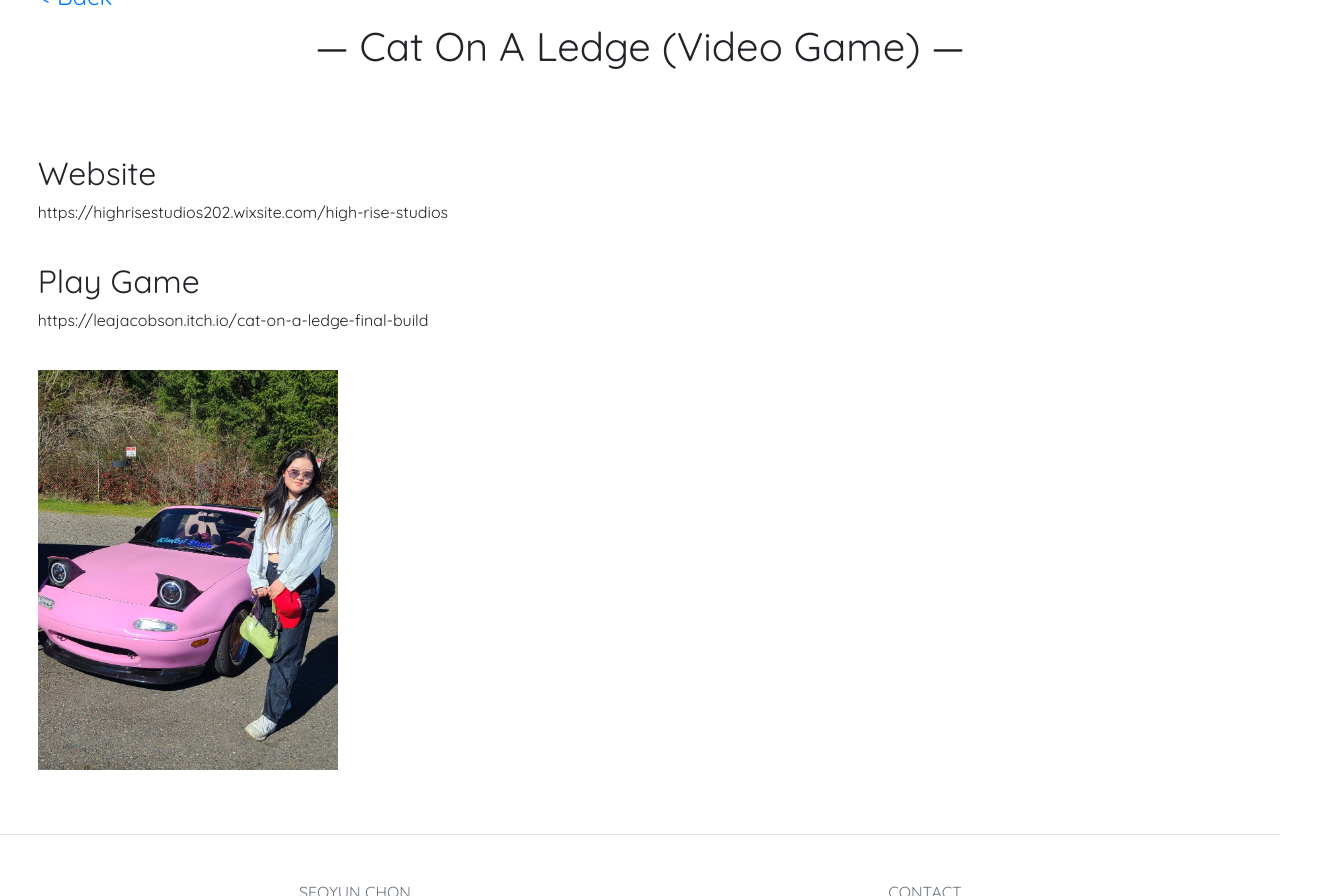
Repository: schon02/seoyun-chon-portfolio
Page: projects_catonaledge_page.html
The author's editor kept a copy of each file at every save. The page is drawn from the files as they stood at one save, then again after the next save.
The browser window is 1280 px wide. The page is 1338 px wide, so the pictures cover 1338 px, including what lies to the right of the window. The pictures show the part of the page from y = 776 to 1672 px (the page is 1887 px tall before and 1868 px after).

Above is the page before, as saved 2025-01-31 17:15:17.

### projects_catonaledge_page.html
<!DOCTYPE html>
<html>
    <head>
        <!-- <link href="style.css" rel="stylesheet" /> -->

        <!-- Required meta tags -->
        <meta charset="utf-8">
        <meta name="viewport" content="width=device-width, initial-scale=1, shrink-to-fit=no">

        <link href="https://fonts.googleapis.com/css?family=Quicksand:400,600,700&display=swap" rel="stylesheet">

        <link rel="stylesheet" href="fonts/icomoon/style.css">

        <link rel="stylesheet" href="css/owl.carousel.min.css">

        <!-- Bootstrap CSS -->
        <link rel="stylesheet" href="css/bootstrap.min.css">

        <!-- Style -->
        <link rel="stylesheet" href="css/style.css">

        <title>Home Page</title>

    </head>

    <body>
        <!-- <header>
            <nav>
                <ul>
                    <li><a class="active" href="index.html">Home</a></li>
                    <li><a href="services_page.html">Services</a></li>
                    <li><a href="contact_page.html">Contact</a></li>
                </ul>
            </nav>
        </header> -->

        <div class="site-mobile-menu site-navbar-target">
            <div class="site-mobile-menu-header">
              <div class="site-mobile-menu-close mt-3">
                <span class="icon-close2 js-menu-toggle"></span>
              </div>
            </div>
            <div class="site-mobile-menu-body"></div>
          </div> <!-- .site-mobile-menu -->

        <div class="site-navbar-wrap">
            <div class="site-navbar-top">
              <div class="container py-3">
                <div class="row align-items-center">
                  <div class="col-6">
                    <div class="d-flex mr-auto">
                      <a href="#" class="d-flex align-items-center mr-4">
                        <span class="icon-envelope mr-2"></span>
                        <span class="d-none d-md-inline-block">seoyunchon@gmail.com</span>
                      </a>
                      <!-- <a href="#" class="d-flex align-items-center mr-auto">
                        <span class="icon-phone mr-2"></span>
                        <span class="d-none d-md-inline-block">+1 234 4567 8910</span>
                      </a> -->
                    </div>
                  </div>
                  <div class="col-6 text-right">
                    <div class="mr-auto">
                      <!-- <a href="#" class="p-2 pl-0"><span class="icon-twitter"></span></a> -->
                      <!-- <a href="#" class="p-2 pl-0"><span class="icon-facebook"></span></a> -->
                      <a href="https://www.linkedin.com/in/seoyun-chon/" class="p-2 pl-0"><span class="icon-linkedin"></span></a>
                      <!-- <a href="#" class="p-2 pl-0"><span class="icon-instagram"></span></a> -->
                    </div>

                  </div>
                </div>
              </div>
            </div>

            <div class="site-navbar site-navbar-target js-sticky-header">
              <div class="container">
                <div class="row align-items-center">
                  <div class="col-2">
                    <h1 class="my-0 site-logo"><a href="index.html">Seoyun&nbsp;Chon</a></h1>
                  </div>
                  <div class="col-10">
                    <nav class="site-navigation text-right" role="navigation">
                      <div class="container">
                        <div class="d-inline-block d-lg-none ml-md-0 mr-auto py-3"><a href="#" class="site-menu-toggle js-menu-toggle text-white"><span class="icon-menu h3"></span></a></div>

                        <ul class="site-menu main-menu js-clone-nav d-none d-lg-block">
                          <li><a href="index.html" class="nav-link">Home</a></li>
                          <li class="active"><a href="projects_page.html" class="nav-link">Projects</a></li>
                          <li class="has-children">
                            <a href="#" class="nav-link">Pages</a>
                            <ul class="dropdown arrow-top">
                              <li><a href="#" class="nav-link">Team</a></li>
                              <li><a href="#" class="nav-link">Pricing</a></li>
                              <li><a href="#" class="nav-link">FAQ</a></li>
                              <li class="has-children">
                                <a href="#">More Links</a>
                                <ul class="dropdown">
                                  <li><a href="#">Menu One</a></li>
                                  <li><a href="#">Menu Two</a></li>
                                  <li><a href="#">Menu Three</a></li>
                                </ul>
                              </li>
                            </ul>
                          </li>
                          <!-- <li><a href="#about-section" class="nav-link">About</a></li> -->
                          <li><a href="resume_page.html" class="nav-link">Resume</a></li>
                          <!-- <li><a href="#gallery-section" class="nav-link">Gallery</a></li> -->
                          <li><a href="contact_page.html" class="nav-link">Contact</a></li>
                        </ul>
                      </div>
                    </nav>
                  </div>
                </div>
              </div>
            </div>
          </div>


          <div class="hero" style="background-image: url('images/s2k2.JPG');"></div>

          <div style="padding-top: 1cm; padding-left: 1cm;">
            <a href="projects_page.html">
              <h4>< Back</h4>
            </a>
          </div>

        <div class="text-center" style="padding-top: 0.1cm;">
          <h1>— Cat On A Ledge (Video Game) —</h1>
        </div>

        <div class="text-left" style="padding-top: 1cm; padding-left: 1cm;">
          <h2 style="padding-top: 1cm;">Website</h2>
          <a href="https://highrisestudios202.wixsite.com/high-rise-studios" class="text-reset"> https://highrisestudios202.wixsite.com/high-rise-studios </a>
          <h2 style="padding-top: 1cm;">Play Game</h2>
          <a href="https://leajacobson.itch.io/cat-on-a-ledge-final-build" class="text-reset"> https://leajacobson.itch.io/cat-on-a-ledge-final-build </a>
          <p><img src="images/pink_miata.JPEG"
               style="width:300px; padding-top: 1cm;"></p>
      </div>



        <script src="js/jquery-3.3.1.min.js"></script>
        <script src="js/popper.min.js"></script>
        <script src="js/bootstrap.min.js"></script>
        <script src="js/jquery.sticky.js"></script>
        <script src="js/main.js"></script>

    </body>

<!-- Footer -->
<footer class="text-center text-lg-start bg-white text-muted">

  <section class="d-flex justify-content-center justify-content-lg-between p-4 border-bottom">
  </section>

  <!-- Section: Links  -->
  <section class="">
    <div class="container text-center text-md-start mt-5">
      <!-- Grid row -->
      <div class="row mt-3">
        <!-- Grid column -->
        <div class="col-md-3 col-lg-4 col-xl-3 mx-auto mb-4">
          <!-- Content -->
          <h6 class="text-uppercase fw-bold mb-4">
            <i class="fas fa-gem me-3 text-secondary"></i>Seoyun Chon
          </h6>
          <p>
            Contact me via email or LinkedIn with any questions or comments you may have. Thank you!
          </p>
        </div>
        <!-- Grid column -->

        <!-- Grid column -->
        <div class="col-md-4 col-lg-3 col-xl-3 mx-auto mb-md-0 mb-4">
          <!-- Links -->
          <h6 class="text-uppercase fw-bold mb-4">Contact</h6>
          <p><i class="fas fa-home me-3 text-secondary"></i> seoyunchon@gmail.com</p>
          <p>
            <i class="fas fa-envelope me-3 text-secondary"></i>
            <a href="https://www.linkedin.com/in/seoyun-chon/" class="text-reset"> LinkedIn </a>
          </p>
        </div>
        <!-- Grid column -->
      </div>
      <!-- Grid row -->
    </div>
  </section>
  <!-- Section: Links  -->

  <!-- Copyright -->
  <div class="text-center p-4" style="background-color: rgba(0, 0, 0, 0.025);">
    © 2025 Copyright:
    <a class="text-reset fw-bold" href="https://mdbootstrap.com/">Seoyun Chon</a>
  </div>
  <!-- Copyright -->
</footer>
<!-- Footer -->


</html>

Loaded but not shown: fonts/icomoon/style.css (common file); css/owl.carousel.min.css (library); css/bootstrap.min.css (library); js/jquery-3.3.1.min.js (library); js/popper.min.js (library); js/bootstrap.min.js (library); js/jquery.sticky.js (library); js/main.js (87 lines, source omitted); css/style.css (448 lines, source omitted)

After the next save:
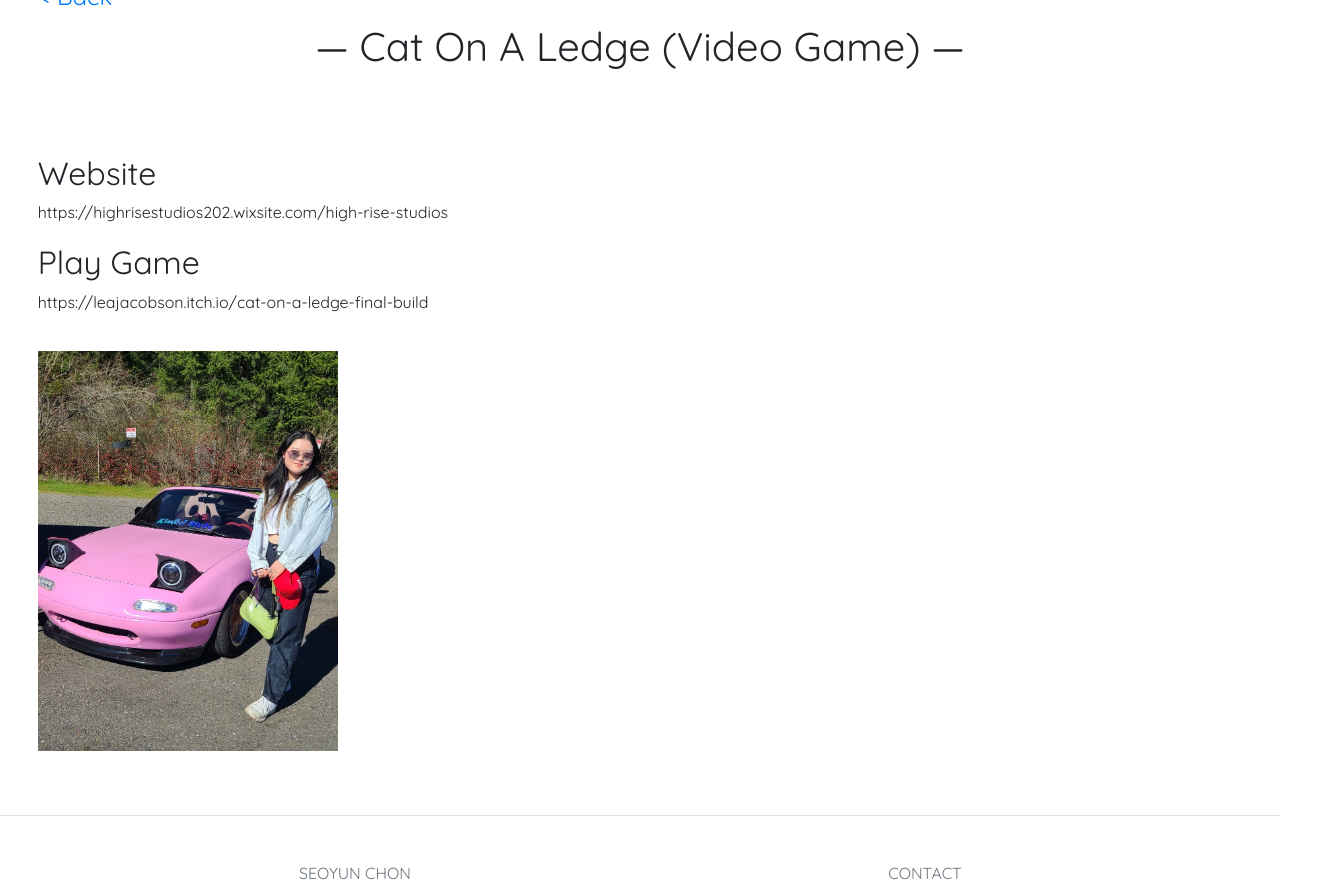
Saved 12 s later.
--- a/projects_catonaledge_page.html
+++ b/projects_catonaledge_page.html
@@ -131,7 +131,7 @@
         <div class="text-left" style="padding-top: 1cm; padding-left: 1cm;">
           <h2 style="padding-top: 1cm;">Website</h2>
           <a href="https://highrisestudios202.wixsite.com/high-rise-studios" class="text-reset"> https://highrisestudios202.wixsite.com/high-rise-studios </a>
-          <h2 style="padding-top: 1cm;">Play Game</h2>
+          <h2 style="padding-top: 0.5cm;">Play Game</h2>
           <a href="https://leajacobson.itch.io/cat-on-a-ledge-final-build" class="text-reset"> https://leajacobson.itch.io/cat-on-a-ledge-final-build </a>
           <p><img src="images/pink_miata.JPEG"
                style="width:300px; padding-top: 1cm;"></p>
